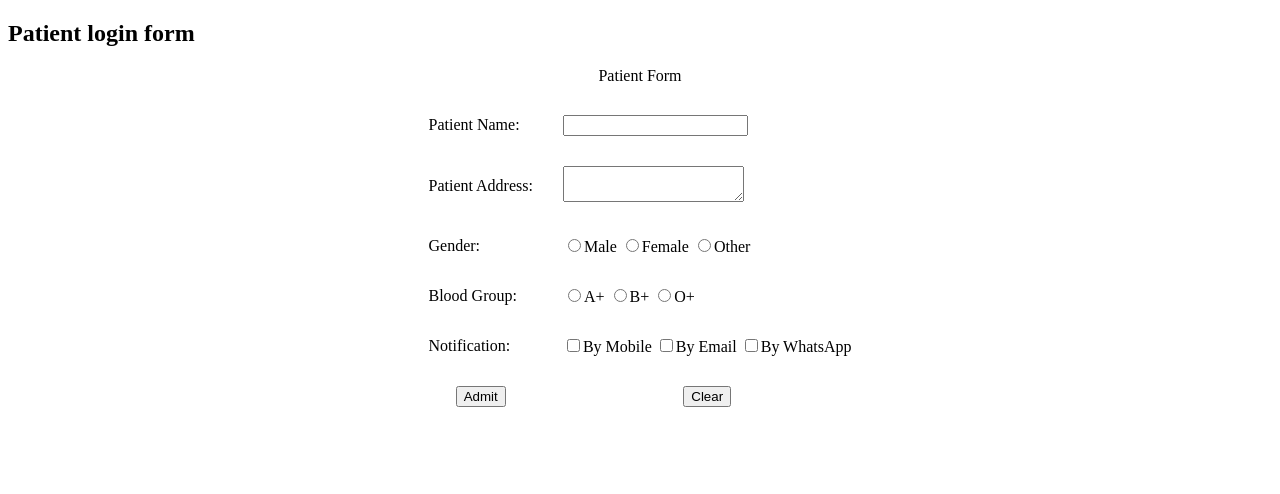
Repository: abhishek110597/Deloitte
Page: Workspace/JavaTraining/patientDetailsForm.html
The author's editor kept a copy of each file at every save. The page is drawn from the files as they stood at one save, then again after the next save.
The browser window is 1280 px wide. The pictures show the whole page.

Above is the page before, as saved 2019-12-28 05:59:13.

### Workspace/JavaTraining/patientDetailsForm.html
<!DOCTYPE html>
<html>
<head>
<meta charset="ISO-8859-1">
<title>Patient login form</title>
</head>
<body>
	<form>
		<h2>Patient login form</h2>
		<table cellspacing="10" cellpadding="10" border="0" align="center">
			<caption>Patient Form</caption>
			<tr>
			<tr>
				<td>Patient Name:</td>
				<td><input type="text" name="patientName" id="patientName" /></td>
			</tr>
			<tr>
				<td>Patient Address:</td>
				<td><textarea name="patientAddress" id="patientAddress" row="5"
						column="15">
					</textarea></td>
			</tr>
			<tr>
				<td>Gender:</td>
				<td><input type="radio" value="Male" name="gender" id="male" />Male
					<input type="radio" value="Female" name="gender" id="female" />Female
					<input type="radio" value="Other" name="gender" id="other" />Other</td>
			</tr>
			<tr>
				<td>Blood Group:</td>
				<td><input type="radio" value="A+" name="BG" id="bg1" />A+
					<input type="radio" value="B+" name="BG" id="bg2" />B+
					<input type="radio" value="O+" name="BG" id="bg3" />O+</td>
			</tr>
			<tr>
				<td>Notification:</td>
				<td><input type="checkbox" value="byMobile" name="notification" id="mobile" />By Mobile
					<input type="checkbox" value="byEmail" name="notification" id="email" />By Email
					<input type="checkbox" value="byWhatsapp" name="notification" id="notification" />By WhatsApp</td>
			</tr>
			<tr>
				<td align="center"><input type="submit" value="Admit" id="submit" /></td>
					<td align="center"><input type="reset" value="Clear" id="reset" /></td>
			</tr>
		</table>
	</form>
</body>
</html>

After the next save:
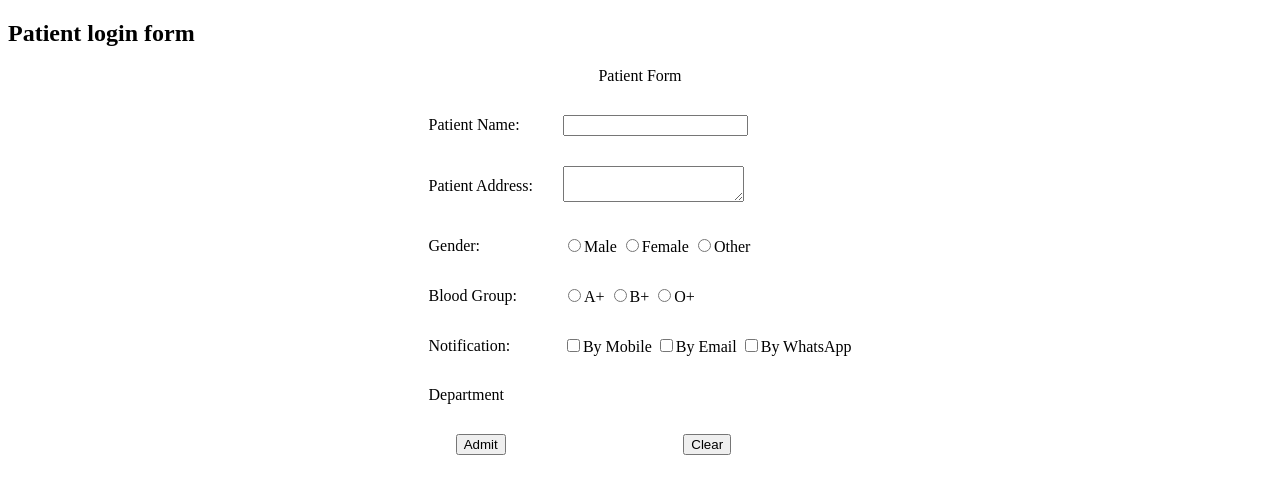
Saved 81 s later.
--- a/Workspace/JavaTraining/patientDetailsForm.html
+++ b/Workspace/JavaTraining/patientDetailsForm.html
@@ -39,6 +39,10 @@
 					<input type="checkbox" value="byWhatsapp" name="notification" id="notification" />By WhatsApp</td>
 			</tr>
 			<tr>
+			<td>Department</td>
+
+			</tr>
+			<tr>
 				<td align="center"><input type="submit" value="Admit" id="submit" /></td>
 					<td align="center"><input type="reset" value="Clear" id="reset" /></td>
 			</tr>

After the save that followed:
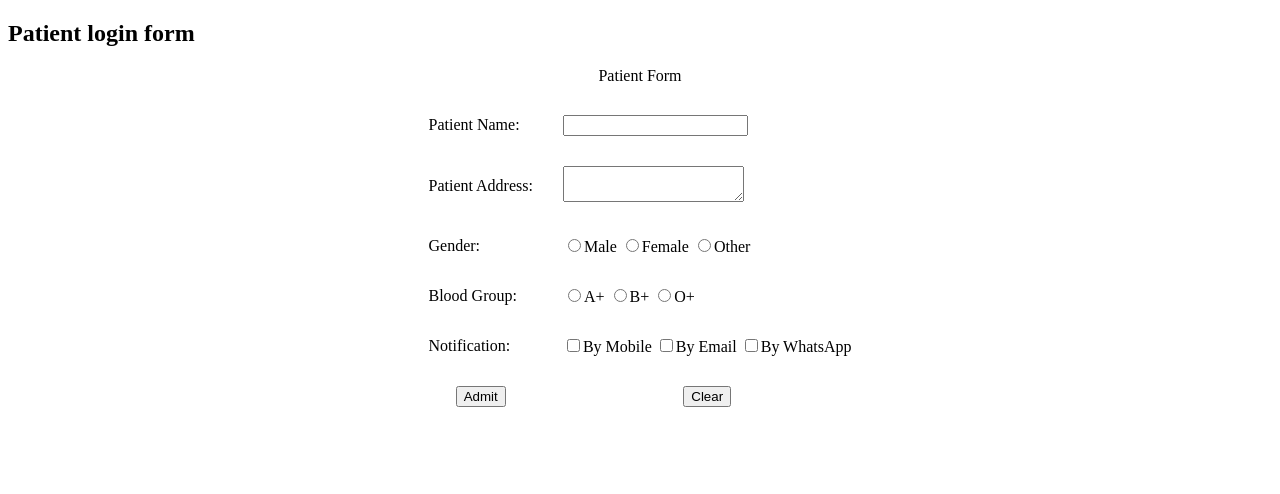
Saved 50 s later.
--- a/Workspace/JavaTraining/patientDetailsForm.html
+++ b/Workspace/JavaTraining/patientDetailsForm.html
@@ -39,10 +39,6 @@
 					<input type="checkbox" value="byWhatsapp" name="notification" id="notification" />By WhatsApp</td>
 			</tr>
 			<tr>
-			<td>Department</td>
-
-			</tr>
-			<tr>
 				<td align="center"><input type="submit" value="Admit" id="submit" /></td>
 					<td align="center"><input type="reset" value="Clear" id="reset" /></td>
 			</tr>
